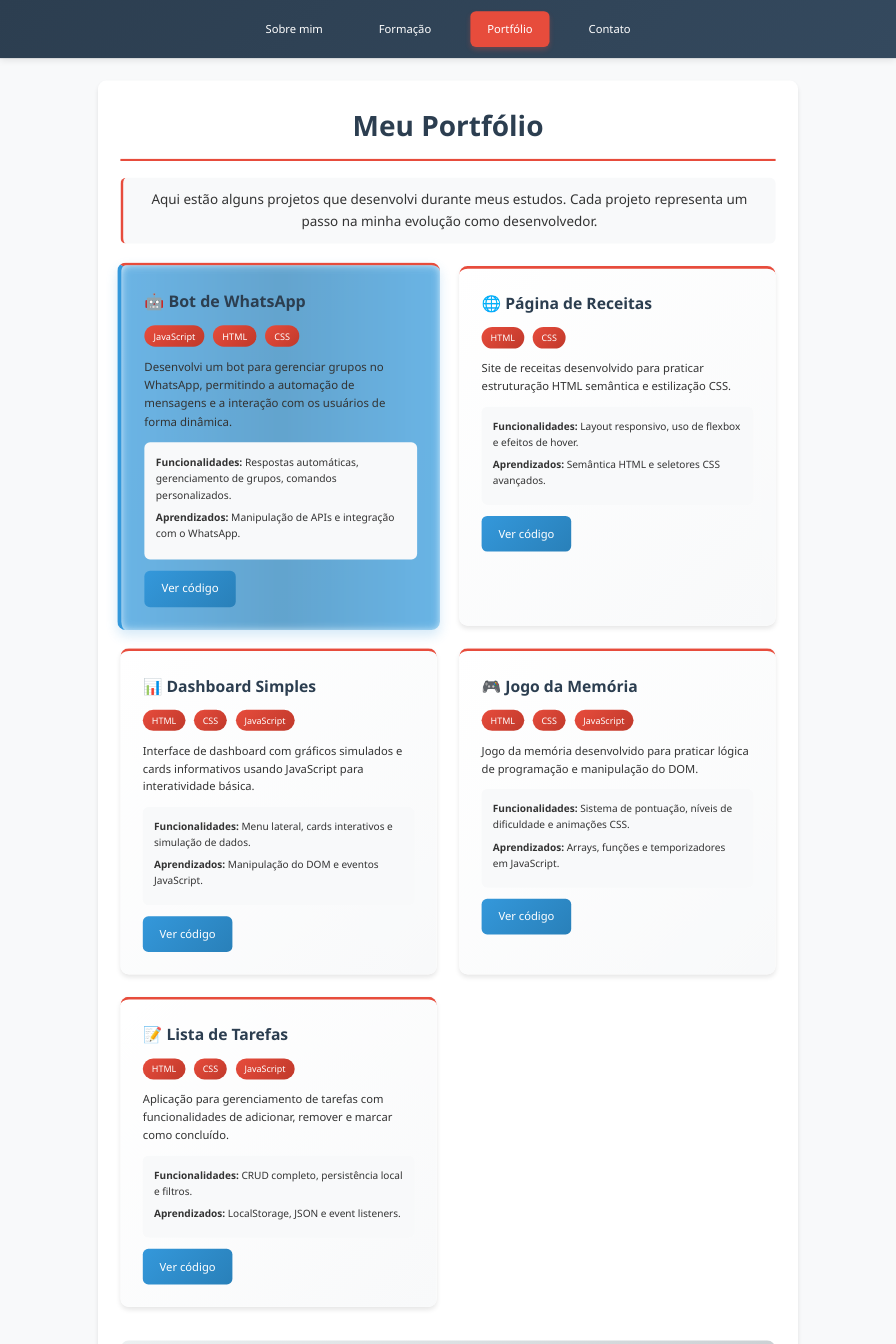
Repository: AnderHonorato/meu-portfolio
Page: portfolio.html
The author's editor kept a copy of each file at every save. The page is drawn from the files as they stood at one save, then again after the next save.
The browser window is 1280 px wide. The pictures show the part of the page from y = 0 to 1920 px (the page is 2792 px tall), at 70% of full size.

Above is the page before, as saved 2025-08-26 20:32:23.

After the next save:
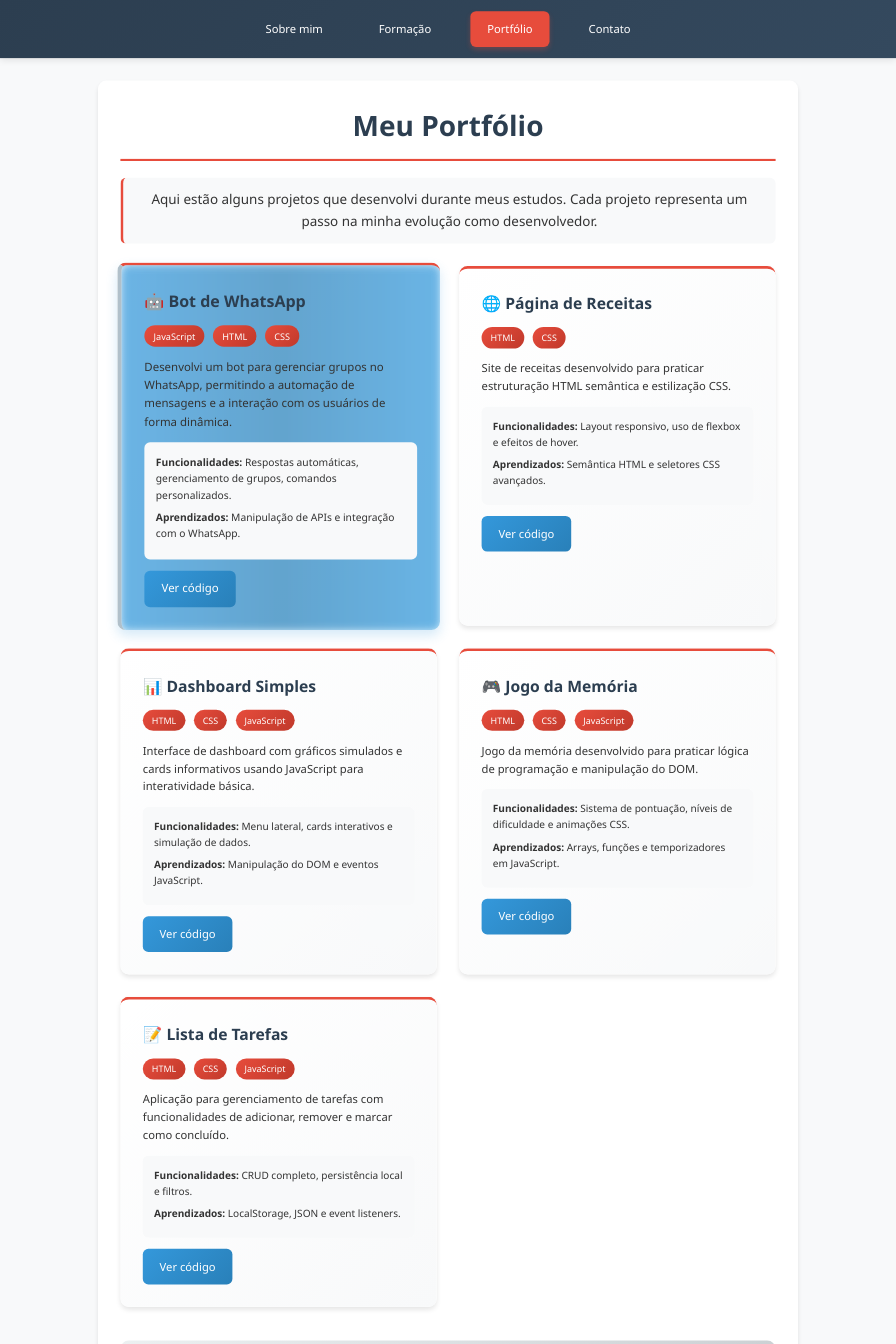
Saved 6 s later.
--- a/css/style.css
+++ b/css/style.css
@@ -691,7 +691,7 @@ html {
 /* desataque bot */
 .projeto-item.destaque {
     background: linear-gradient(135deg, #f0f9ff, #e6f7ff);
-    border-left: 6px solid #3498db;
+    border-left: 6px solid #b1c0ca;
     box-shadow: 0 8px 16px rgba(52, 152, 219, 0.2);
     transform: scale(1.02);
     transition: all 0.4s ease;
